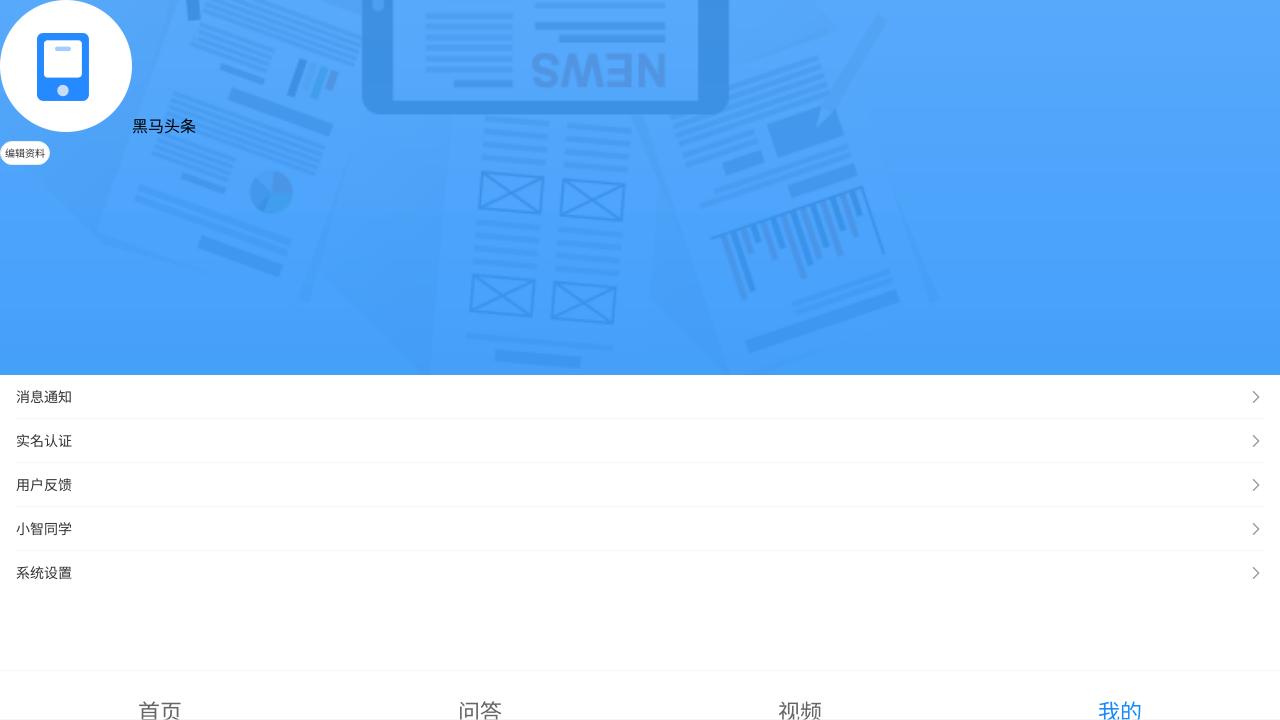
Repository: Tsukiau/yj-toutiao-m
Page: /#/my
These files come from the project's save history. The page is drawn as it stood at one moment and after a run of saves; the edit follows.
The browser window is 1280 px wide. The pictures show the whole page.
Some web fonts or font styles are not loaded; a fallback is used. The project was rebuilt for these pictures with package versions that can differ from the ones it lists, and the page was loaded fresh each time. Also part of the build but not shown: vue.config.js.

Above is the page before, as saved 2022-11-06 14:51:42.

After the next 5 saves:
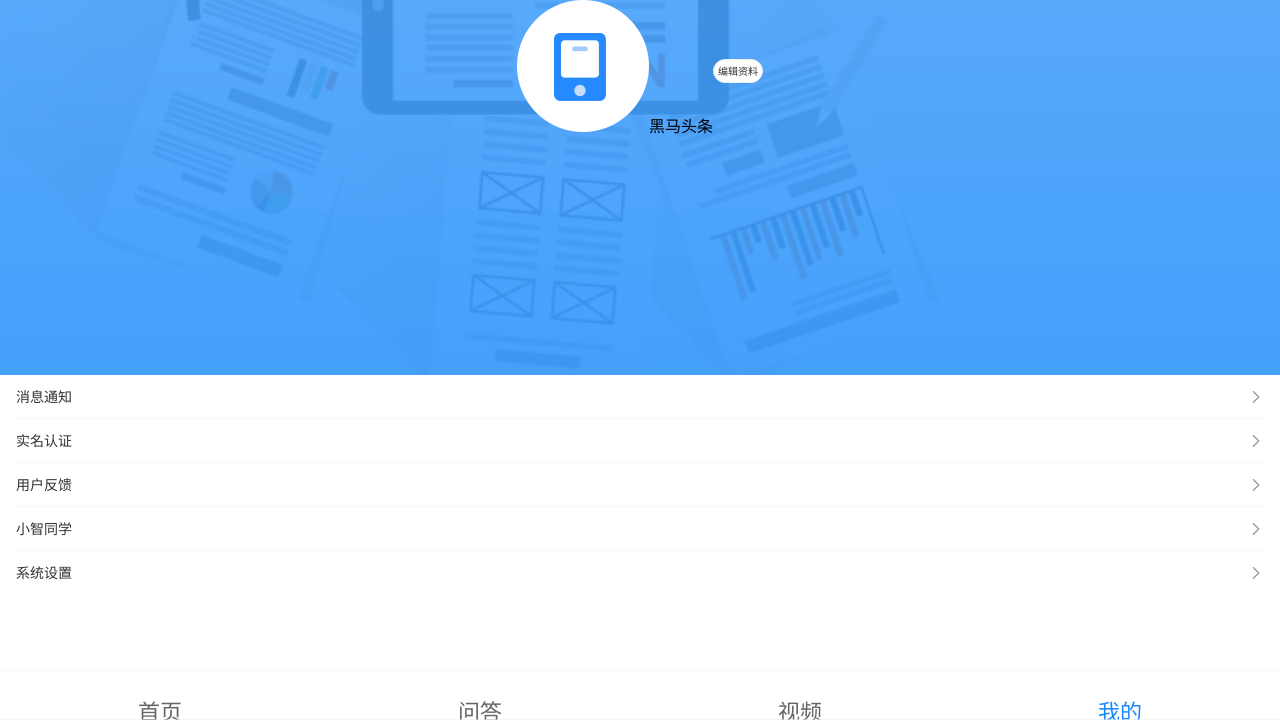
The 5 saves are shown as one change because 2 did not build or start and some came seconds apart.
The last was saved 24 s later.
--- a/src/views/my/index.vue
+++ b/src/views/my/index.vue
@@ -50,6 +50,11 @@ export default {
    width: 100%;
    background-image: url(../../assets/banner.png);
    background-size: cover;
+   .base{
+     display: flex;
+     justify-content: center;
+     align-items: center;
+   }
  }
 }
 </style>
